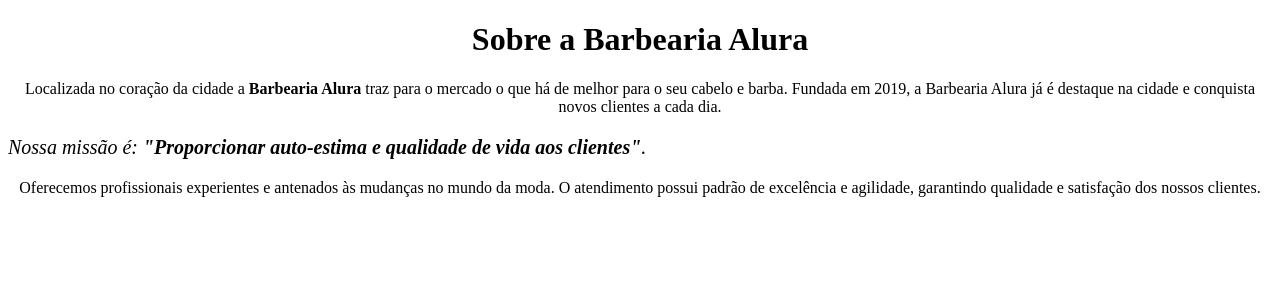
Repository: RenatoCCS/Barbearia_Alura
Page: index.html
These files come from the project's save history. The page is drawn as it stood at one moment and after the next save; the edit follows.
The browser window is 1280 px wide. The pictures show the whole page.

Above is the page before, as saved 2022-10-17 19:58:27.

After the next save:
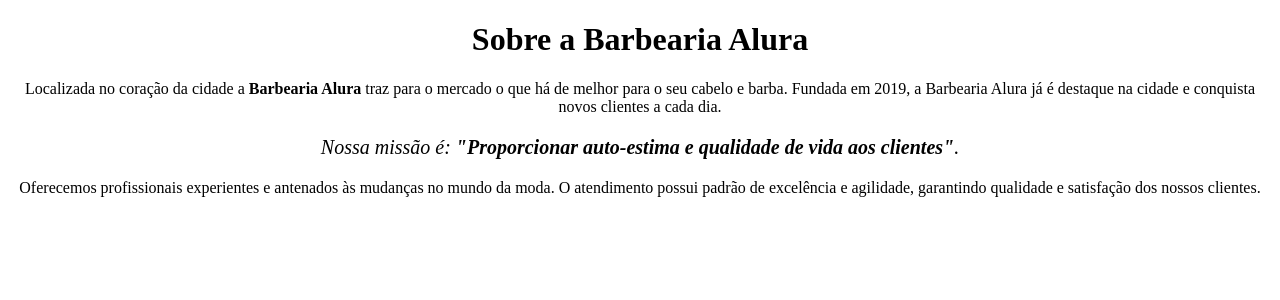
Saved 28 s later.
--- a/index.html
+++ b/index.html
@@ -16,7 +16,7 @@
       a cada dia.
     </p>
 
-    <p style="font-size: 20px" ; text-align: center>
+    <p style="font-size: 20px; text-align: center">
       <em>
         Nossa missão é:
         <strong
